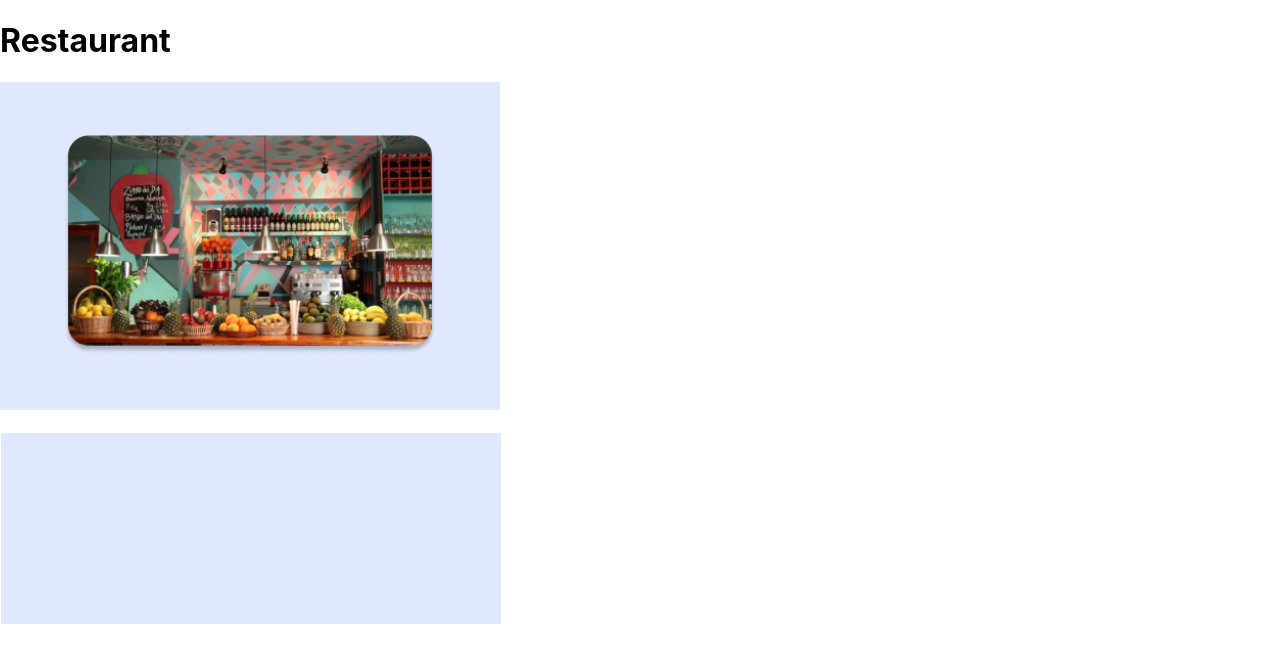
Repository: Kinakopan/design_mindfulEating_site
Page: /restaurant (app in firstapp/)
An editor plug-in stored every save of this project. The page is shown before and after the next save, followed by the edit.
The browser window is 1280 px wide. The pictures show the whole page.
The project was rebuilt for these pictures with package versions that can differ from the ones it lists, and the page was loaded fresh each time. The framework's server and built-in components were replaced by stand-ins that run in the browser. Also part of the build but not shown: firstapp/next.config.js.

Above is the page before, as saved 2022-04-20 00:07:36.

After the next save:
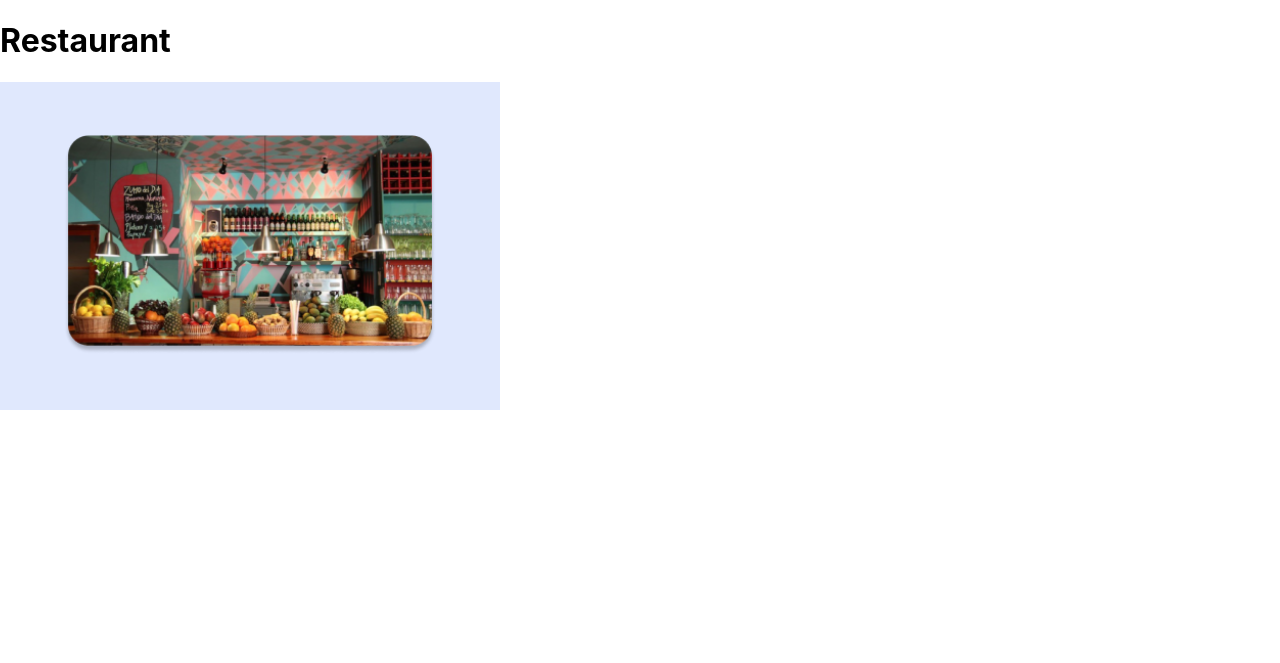
Saved 37 s later.
--- a/firstapp/comps/RestaurantCard.js
+++ b/firstapp/comps/RestaurantCard.js
@@ -24,7 +24,8 @@ export default function RestaurantCard({
 
 }){
 
-    return <ReCont></ReCont>
+    return <ReCont></ReCont>,
+    <ReImg></ReImg>
 }
 
 
